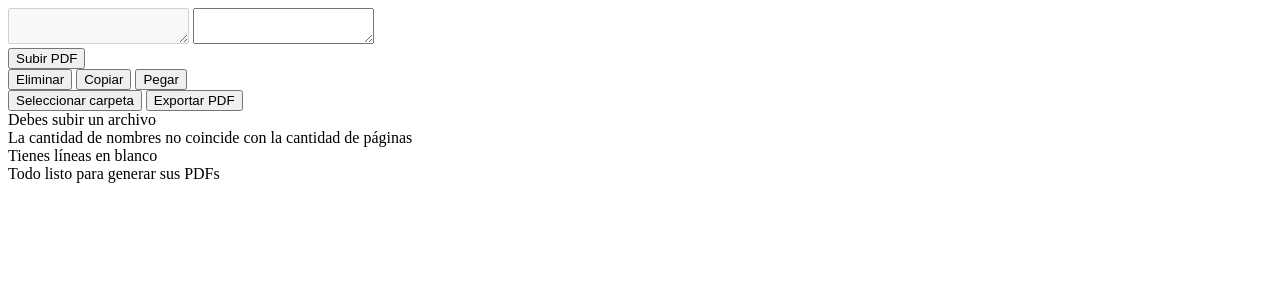
Repository: d3v0l0p3rs/pdf-spliteador
Page: src/index.html
The author's editor kept a copy of each file at every save. The page is drawn from the files as they stood at one save, then again after the next save.
The browser window is 1280 px wide. The pictures show the whole page.

Above is the page before, as saved 2020-10-21 18:13:44.

### src/index.html
<!DOCTYPE html>
<html>
  <head>
    <meta charset="UTF-8">
    <title>Separador de PDFs</title>
  </head>
  <body>
    <div id="main-content">
      <div id="text-areas">
        <textarea id="number-lines" name="number-lines" disabled></textarea>
        <textarea id="name-lines" name="name-lines"></textarea>
      </div>
      <div id="actions">
        <div id="buttons">
          <button type="button" id="upload-pdf" class="action-row btn btn-primary">Subir PDF</button>
          <input type="file" id="upload-pdf-input" name="upload-pdf" accept=".pdf" class="action-row btn btn-primary" style="display: none;">
          <div id="text-actions" class="action-row btn-group" role="group">
            <button type="button" id="delete-text" class="text-action btn btn-danger">Eliminar</button>
            <button type="button" id="copy-text" class="text-action btn btn-info">Copiar</button>
            <button type="button" id="paste-text" class="text-action btn btn-warning">Pegar</button>
          </div>
          <button type="button" id="choose-folder" class="action-row btn btn-primary">Seleccionar carpeta</button>
          <button type="button" id="export-pdf" class="action-row btn btn-primary">Exportar PDF</button>
        </div>
        <div id="messages">
          <div id="upload-file-warning" class="alert alert-warning" role="alert">
            Debes subir un archivo
          </div>
          <div id="not-line-match-warning" class="alert alert-warning hide" role="alert">
            La cantidad de nombres no coincide con la cantidad de páginas
          </div>
          <div id="blank-lines-warning" class="alert alert-warning hide" role="alert">
            Tienes líneas en blanco
          </div>
          <div id="everything-ready-success" class="alert alert-success hide" role="alert">
            Todo listo para generar sus PDFs
          </div>
        </div>
      </div>
    </div>
  </body>
</html>

After the next save:
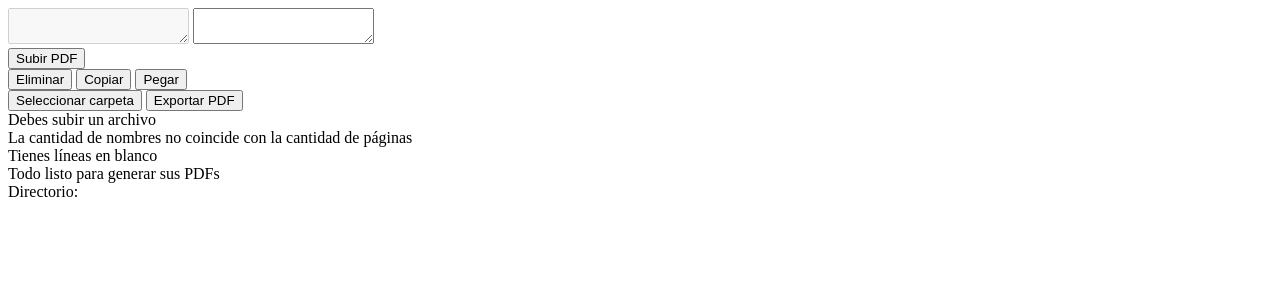
Saved 15 h 15 min later.
--- a/src/index.html
+++ b/src/index.html
@@ -37,6 +37,9 @@
           </div>
         </div>
       </div>
+      <div id="footer">
+        Directorio:
+      </div>
     </div>
   </body>
 </html>
